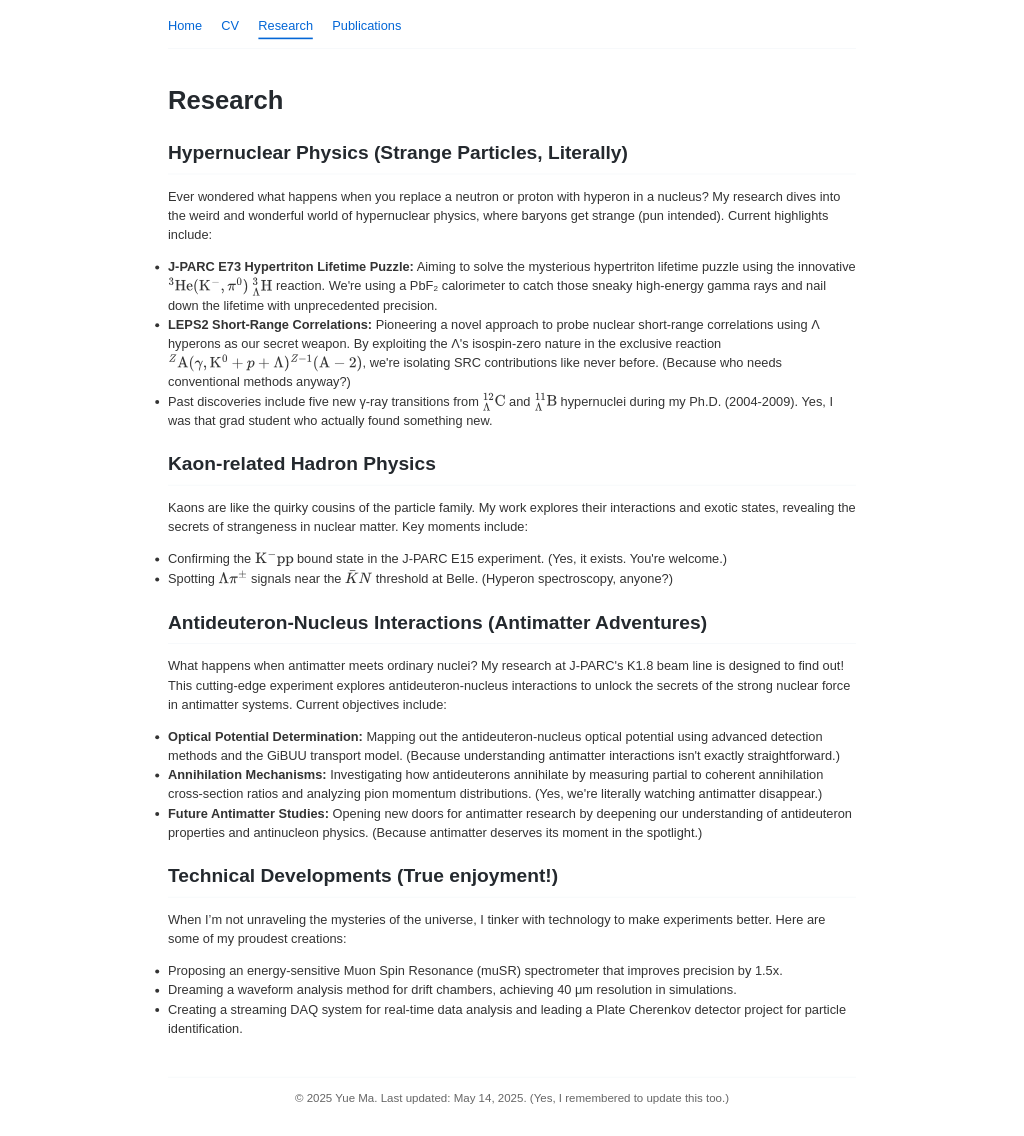
Repository: ymaphys/ymaphys.github.io
Page: research.html
The author's editor kept a copy of each file at every save. The page is drawn from the files as they stood at one save, then again after the next save.
The browser window is 1280 px wide. The pictures show the whole page, at 80% of full size.

Above is the page before, as saved 2025-05-30 07:38:49.
Console error: TypeError: Cannot set properties of null (setting 'textContent')

After the next save:
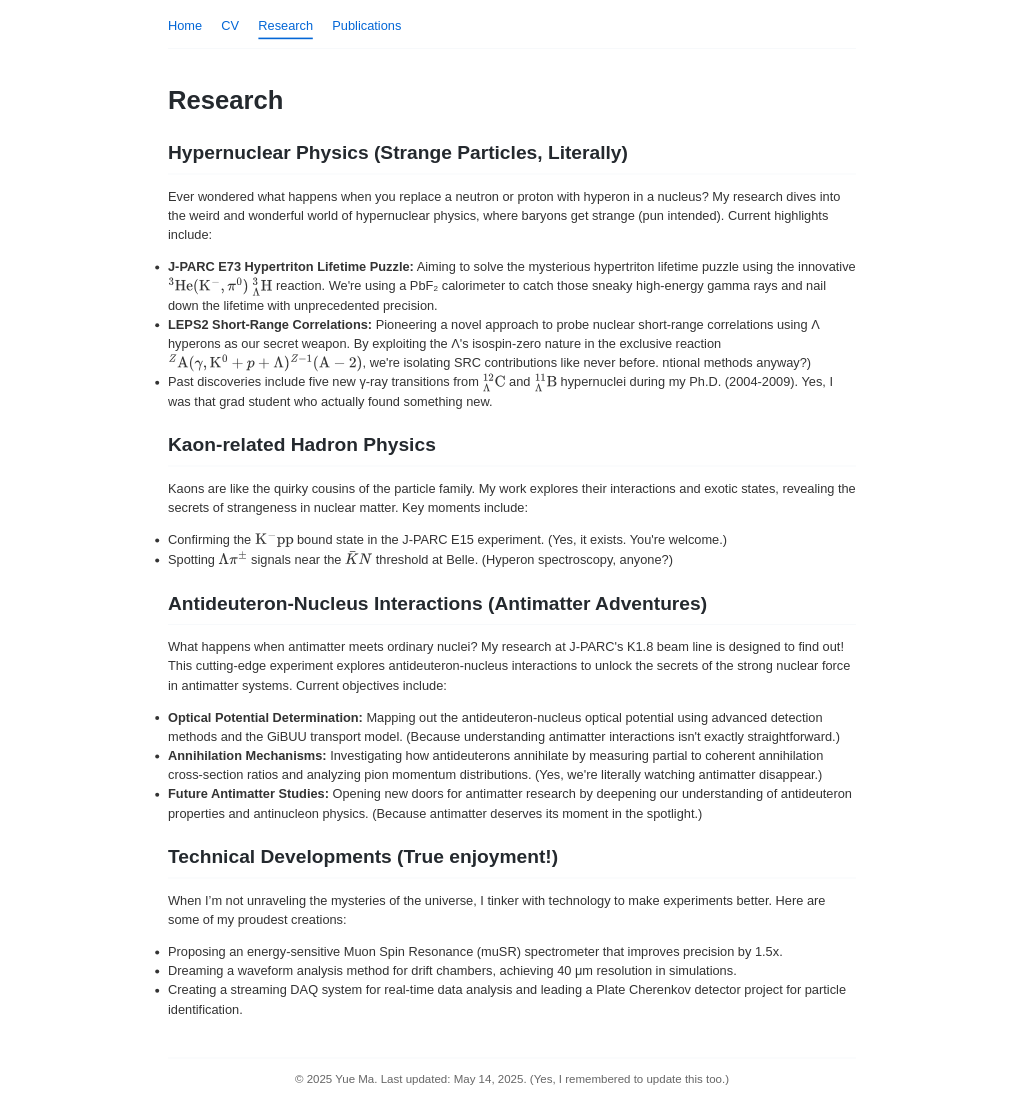
Saved 36 s later.
--- a/research.html
+++ b/research.html
@@ -63,7 +63,7 @@
                     nuclear short-range correlations using Λ hyperons as our secret weapon. By exploiting
                     the Λ's isospin-zero nature in the exclusive reaction
                     <span class="math inline">$^Z\mathrm{A}(\gamma, \mathrm{K}^0 + p + \Lambda)^{Z-1}(\mathrm{A}-2)$</span>,
-                    we're isolating SRC contributions like never before. (Because who needs conventional methods anyway?)
+                    we're isolating SRC contributions like never before. ntional methods anyway?)
                 </li>
                 <li>
                     Past discoveries include five new γ-ray transitions from
